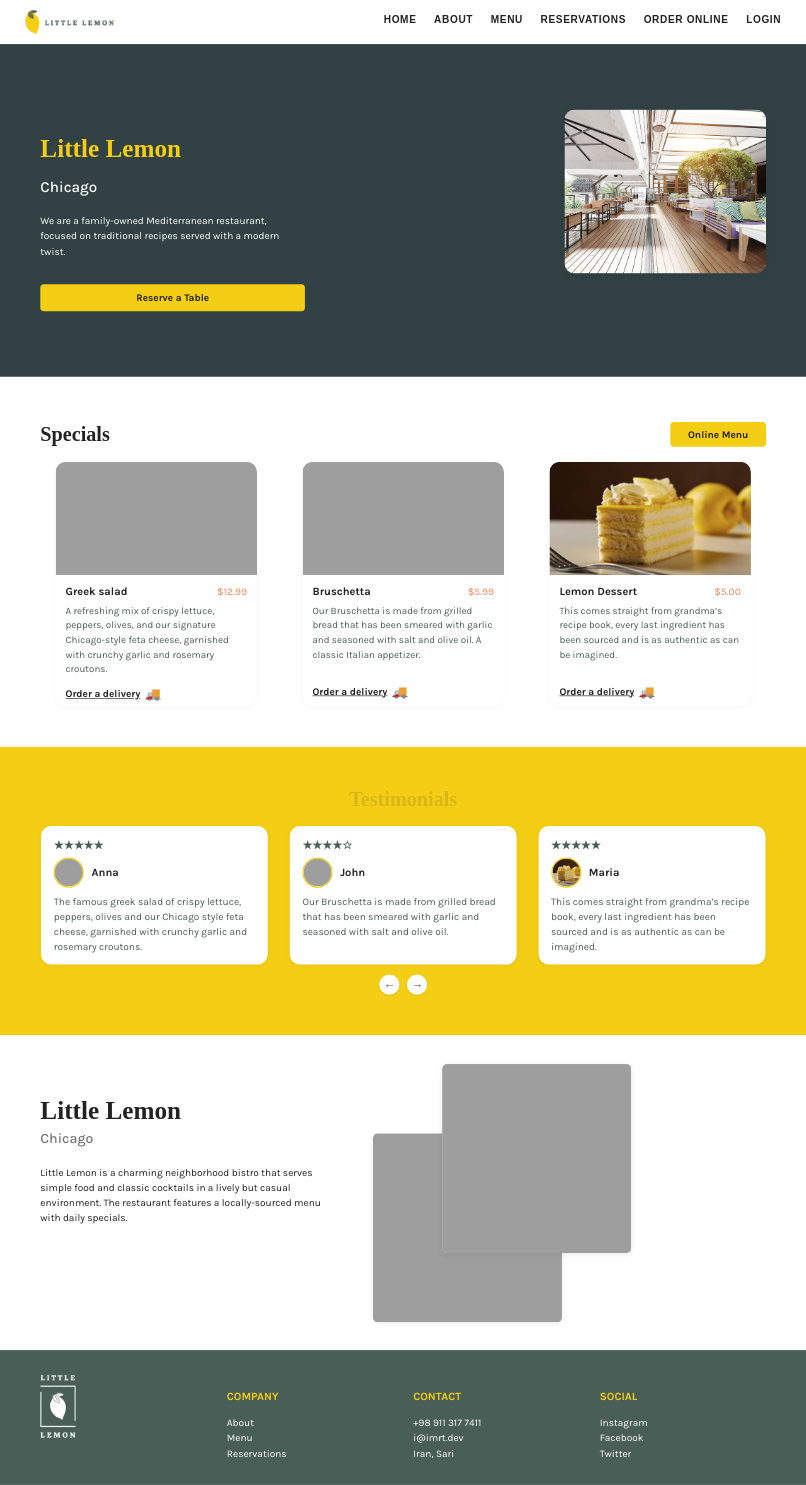
Repository: mrtseven/capstone-little-lemon-mrt
Page: /
These files come from the project's save history. The page is drawn as it stood at one moment and after a run of saves; the edit follows.
The browser window is 1280 px wide. The pictures show the whole page, at 63% of full size.
Pictures or frames that could not be fetched are drawn as grey boxes. Some web fonts or font styles are not loaded; a fallback is used. The project was rebuilt for these pictures with package versions that can differ from the ones it lists, and the page was loaded fresh each time. Also part of the build but not shown: src/pages/About.jsx, src/pages/Menu.jsx, src/components/ReservationForm.jsx, src/bookingsAPI.js, src/components/ConfirmedReservation.jsx, src/pages/Reservations.jsx, src/pages/Order.jsx, src/pages/Login.jsx.

Above is the page before, as saved 2025-07-28 20:59:51.

### public/index.html
<!DOCTYPE html>
<html lang="en">
  <head>
    <meta charset="utf-8" />
    <link rel="icon" href="%PUBLIC_URL%/favicon.ico" />
    <meta name="viewport" content="width=device-width, initial-scale=1" />
    <meta name="theme-color" content="#000000" />
    <meta name="description" content="Experience vibrant Mediterranean flavors at Little Lemon, a stylish bar and small plates restaurant in the heart of Dublin. Enjoy fresh produce, handcrafted cocktails, and a premium wine selection in a lively, modern atmosphere—perfect for intimate dinners or special occasions."/>
    <meta name="og:title" content="Little Lemon restaurant"/>
    <meta name="og:description" content="Experience vibrant Mediterranean flavors at Little Lemon, a stylish bar and small plates restaurant in the heart of Dublin. Enjoy fresh produce, handcrafted cocktails, and a premium wine selection in a lively, modern atmosphere—perfect for intimate dinners or special occasions."/>
    <meta name="og:image" content="%PUBLIC_URL%/restaurant.jpg"/>
    <link rel="preconnect" href="https://fonts.googleapis.com">
    <link rel="preconnect" href="https://fonts.gstatic.com" crossorigin>
    <link href="https://fonts.googleapis.com/css2?family=Markazi+Text:wght@400..700&display=swap" rel="stylesheet">
    <link rel="apple-touch-icon" href="%PUBLIC_URL%/logo192.png" />
    <!--
      manifest.json provides metadata used when your web app is installed on a
      user's mobile device or desktop. See https://developers.google.com/web/fundamentals/web-app-manifest/
    -->
    <link rel="manifest" href="%PUBLIC_URL%/manifest.json" />
    <!--
      Notice the use of %PUBLIC_URL% in the tags above.
      It will be replaced with the URL of the `public` folder during the build.
      Only files inside the `public` folder can be referenced from the HTML.

      Unlike "/favicon.ico" or "favicon.ico", "%PUBLIC_URL%/favicon.ico" will
      work correctly both with client-side routing and a non-root public URL.
      Learn how to configure a non-root public URL by running `npm run build`.
    -->
    <title>Little Lemon MRT Restaurant</title>
  </head>
  <body>
    <noscript>You need to enable JavaScript to run this app.</noscript>
    <div id="root"></div>
    <!--
      This HTML file is a template.
      If you open it directly in the browser, you will see an empty page.

      You can add webfonts, meta tags, or analytics to this file.
      The build step will place the bundled scripts into the <body> tag.

      To begin the development, run `npm start` or `yarn start`.
      To create a production bundle, use `npm run build` or `yarn build`.
    -->
  </body>
</html>

### src/App.css
@import url('https://fonts.googleapis.com/css2?family=Karla:wght@400;500;700;800&family=Markazi+Text:wght@400;500;700&display=swap');

/* === Type System & Base Styles === */

body {
  font-family: 'Karla', Arial, sans-serif;
  color: #222;
  background: #fff;
  margin: 0;
  padding: 0;
}

/* Display Title - Medium 64pt */
h1 {
  font-family: 'Markazi Text', serif;
  font-size: 64px;
  font-weight: 500;
  margin-bottom: 0.25em;
  line-height: 1.1;
}

/* Sub title - keep close to display */
h2 {
  font-family: 'Markazi Text', serif;
  font-size: 40px;
  font-weight: 400;
  margin-bottom: 0.25em;
  line-height: 1.2;
}

/* Regular 40pt (for h3) */
h3 {
  font-family: 'Markazi Text', serif;
  font-size: 40px;
  font-weight: 400;
  margin-bottom: 0.25em;
  line-height: 1.2;
}

/* Section Title! Uppercase 20pt Extra Bold */
h4 {
  font-family: 'Markazi Text', serif;
  font-size: 20px;
  font-weight: 800;
  text-transform: uppercase;
  margin-bottom: 0.5em;
  line-height: 1.2;
}

/* Card Title 18pt Bold */
h5 {
  font-family: 'Karla', Arial, sans-serif;
  font-size: 18px;
  font-weight: 700;
  margin-bottom: 0.5em;
  line-height: 1.2;
}

/* Category/Section 16pt Extra Bold */
h6 {
  font-family: 'Karla', Arial, sans-serif;
  font-size: 16px;
  font-weight: 700;
  margin-bottom: 0.5em;
  line-height: 1.2;
}

/* Paragraph text regular 16pt, 1.5 line height */
p {
  font-family: 'Karla', Arial, sans-serif;
  font-size: 16px;
  font-weight: 400;
  line-height: 1.5;
  margin-bottom: 1em;
  color: #222;
  max-width: 65ch;
}

/* Lead text (use .lead for emphasis) */
.lead {
  font-family: 'Karla', Arial, sans-serif;
  font-size: 18px;
  font-weight: 400;
  color: #222;
  margin-bottom: 0.5em;
}

/* Highlight text (e.g. price) */
.highlight {
  font-family: 'Karla', Arial, sans-serif;
  font-size: 16px;
  font-weight: 500;
  color: #495E57;
}

/* Section/Category bold (for span or strong) */
.bold {
  font-family: 'Karla', Arial, sans-serif;
  font-weight: 700;
}
.extra-bold {
  font-family: 'Karla', Arial, sans-serif;
  font-weight: 800;
}
.uppercase {
  text-transform: uppercase;
}

/* Accent colors */
.accent-green {
  color: #495E57;
}
.accent-yellow {
  color: #F4CE14;
}
.bg-accent-green {
  background: #495E57;
}
.bg-accent-yellow {
  background: #F4CE14;
}

/* Rounded corners utility */
.rounded-16 {
  border-radius: 16px;
}

/* Container for the navbar */
.navbar {
  max-width: 1200px;
  margin: 0 auto;
  display: flex;
  align-items: center;
  justify-content: space-between;
  background: #fff;
  padding: 16px 40px;
  font-family: 'Arial', sans-serif;

}

/* Logo and brand */
.navbar-logo {
  display: flex;
  align-items: center;
}

.navbar-logo img {
  height: 38px; /* Adjust as needed */
  margin-right: 8px;
  object-fit: cover;
}

.navbar-brand {
  font-weight: bold;
  color: #CFC12D; /* Lemon yellow, adjust as necessary */
  letter-spacing: 2px;
  font-size: 1.1rem;
  display: none !important;
}

/* Navigation links */
.navbar-menu {
  display: flex;
  align-items: center;
  gap: 28px; /* Space between menu items */
}

.navbar-menu a {
  text-decoration: none;
  color: #222;
  font-weight: bold;
  text-transform: uppercase;
  letter-spacing: 1px;
  font-size: 1rem;
  padding-bottom: 8px;
  transition: color 0.2s;
}

.navbar-menu a:hover {
  color: #CFC12D; /* Highlight on hover */
}

/* Hamburger styles */
.navbar-hamburger {
  display: none;
  flex-direction: column;
  justify-content: center;
  align-items: center;
  width: 36px;
  height: 36px;
  background: none;
  border: none;
  cursor: pointer;
  padding: 0;
  margin-left: 16px;
  z-index: 1002;
}
.hamburger-bar {
  width: 24px;
  height: 3px;
  background: #222;
  margin: 3px 0;
  border-radius: 2px;
  transition: all 0.3s;
}

/* Responsive styles */
@media (max-width: 900px) {
  .navbar {
    padding: 16px 20px 0 20px;
  }
  .navbar-brand {
    display: inline;
    font-size: 1rem;
  }
}

@media (max-width: 768px) {
  .navbar-menu {
    position: absolute;
    top: 64px;
    right: 0;
    left: 0;
    background: #fff;
    flex-direction: column;
    align-items: flex-start;
    gap: 0;
    padding: 24px 32px 24px 32px;
    box-shadow: 0 4px 16px rgba(0,0,0,0.07);
    display: none;
    z-index: 1001;
  }
  .navbar-menu.open {
    display: flex;
  }
  .navbar-menu a {
    width: 100%;
    padding: 16px 0;
    font-size: 1.1rem;
    border-bottom: 1px solid #eee;
  }
  .navbar-hamburger {
    display: flex;
  }
  .navbar {
    position: relative;
  }
}

@media (min-width: 769px) {
  .navbar-menu {
    display: flex !important;
    position: static;
    flex-direction: row;
    background: none;
    box-shadow: none;
    padding: 0;
    gap: 28px;
  }
  .navbar-hamburger {
    display: none;
  }
  .navbar-brand {
    display: inline;
  }
}

/* Hero Section Styles */
.hero-section {
  width: 100vw;
  background: #324244;
  margin: 0;
  padding: 0;
  display: flex;
  justify-content: center;
  align-items: flex-start;
  margin-bottom: 48px;
}
.hero-section .container {
  display: flex;
  flex-direction: row;
  align-items: flex-start;
  gap: 48px;
  padding-top: 40px;
  padding-bottom: 40px;
}
.hero-content {
  flex: 1 1 0;
  max-width: 420px;
  padding: 0;
  display: flex;
  flex-direction: column;
  justify-content: center;
}
.hero-title {
  font-size: 40px;
  font-family: 'Markazi Text', serif;
  font-weight: 700;
  color: #F4CE14;
  margin-bottom: 0.1em;
}
.hero-location {
  font-size: 24px;
  font-family: 'Karla', Arial, sans-serif;
  font-weight: 500;
  color: #fff;
  margin-bottom: 0.5em;
}
.hero-description {
  color: #fff;
  font-size: 16px;
  margin-bottom: 2em;
}
.hero-cta {
  font-family: 'Karla', Arial, sans-serif;
  font-size: 1rem;
  font-weight: 700;
  color: #222;
  background: #F4CE14;
  border: none;
  border-radius: 6px;
  padding: 12px 32px;
  cursor: pointer;
  margin-top: 8px;
  transition: background 0.2s;
}
.hero-cta:hover {
  background: #ffe066;
}
.hero-image-wrapper {
  flex: 1 1 0;
  display: flex;
  align-items: flex-start;
  justify-content: flex-end;
  padding: 0;
}
.hero-image {
  width: 320px;
  height: 260px;
  object-fit: cover;
  border-radius: 16px;
  box-shadow: 0 2px 16px rgba(0,0,0,0.10);
}
@media (max-width: 900px) {
  .hero-section .container {
    flex-direction: column;
    gap: 24px;
    align-items: center;
    padding: 24px 0;
  }
  .hero-image {
    width: 100%;
    max-width: 320px;
    height: auto;
  }
}

/* Dish Card Styles */
.dish-card {
  background: #fff;
  border-radius: 16px;
  box-shadow: 0 2px 8px rgba(0,0,0,0.04);
  overflow: hidden;
  width: 320px;
  display: flex;
  flex-direction: column;
  margin: 0 auto;
}
.dish-card-img {
  width: 100%;
  height: 180px;
  object-fit: cover;
  border-top-left-radius: 16px;
  border-top-right-radius: 16px;
  border-bottom-left-radius: 0;
  border-bottom-right-radius: 0;
}
.dish-card-body {
  padding: 16px 16px 12px 16px;
  display: flex;
  flex-direction: column;
  flex: 1 1 0;
  min-height: 180px;
}
.dish-card-header {
  display: flex;
  justify-content: space-between;
  align-items: flex-start;
  margin-bottom: 8px;
}
.dish-card-title {
  font-size: 1.1rem;
  font-family: 'Karla', Arial, sans-serif;
  font-weight: 700;
  margin: 0;
  color: #222;
}
.dish-card-price {
  font-size: 1rem;
  font-family: 'Karla', Arial, sans-serif;
  font-weight: 500;
  color: #EE9972;
  margin-left: 8px;
}
.dish-card-desc {
  font-size: 0.97rem;
  color: #495E57;
  margin: 0 0 16px 0;
  font-family: 'Karla', Arial, sans-serif;
}
.dish-card-cta {
  display: flex;
  align-items: center;
  font-weight: 700;
  font-size: 1rem;
  color: #222;
  cursor: pointer;
  gap: 6px;
  margin-top: auto;
}
.dish-card-cta-icon {
  font-size: 1.2em;
  margin-left: 2px;
}

/* Specials Section Styles */
.specials-section {
  margin: 0;
  padding: 0 0 32px 0;
}
.specials-header-row {
  display: flex;
  align-items: center;
  justify-content: space-between;
  margin-bottom: 24px;
  padding-top: 8px;
}
.specials-title {
  font-size: 2rem;
  font-family: 'Markazi Text', serif;
  font-weight: 700;
  margin: 0;
  color: #222;
}
.specials-menu-btn {
  font-family: 'Karla', Arial, sans-serif;
  font-size: 1rem;
  font-weight: 700;
  color: #222;
  background: #F4CE14;
  border: none;
  border-radius: 6px;
  padding: 10px 28px;
  cursor: pointer;
  transition: background 0.2s;
}
.specials-menu-btn:hover {
  background: #ffe066;
}
.specials-cards-row {
  display: flex;
  gap: 24px;
  justify-content: flex-start;
  align-items: stretch;
  flex-wrap: wrap;
}
@media (max-width: 900px) {
  .specials-cards-row {
    flex-direction: column;
    gap: 20px;
    align-items: center;
  }
  .specials-header-row {
    flex-direction: column;
    align-items: flex-start;
    gap: 12px;
  }
}

/* Grid Container */
.container {
  max-width: 1200px;
  margin: 0 auto;
  padding-left: 24px;
  padding-right: 24px;
  width: 100%;
  box-sizing: border-box;
}

@media (max-width: 1240px) {
  .container {
    max-width: 100vw;
  }
}

@media (max-width: 600px) {
  .container {
    padding-left: 8px;
    padding-right: 8px;
  }
}

/* Testimonial Card Styles */
.testimonial-card {
  background: #fff;
  border-radius: 16px;
  box-shadow: 0 2px 8px rgba(0,0,0,0.06);
  padding: 20px 20px 16px 20px;
  width: 320px;
  min-height: 180px;
  display: flex;
  flex-direction: column;
  align-items: flex-start;
  margin: 0 auto;
}
.testimonial-rating {
  font-size: 1.1rem;
  font-weight: 700;
  color: #495E57;
  margin-bottom: 10px;
}
.testimonial-row {
  display: flex;
  align-items: center;
  gap: 12px;
  margin-bottom: 10px;
}
.testimonial-img {
  width: 44px;
  height: 44px;
  object-fit: cover;
  border-radius: 50%;
  border: 2px solid #F4CE14;
}
.testimonial-name {
  font-size: 1.1rem;
  font-weight: 700;
  color: #222;
}
.testimonial-text {
  font-size: 1rem;
  color: #495E57;
  margin: 0;
  font-family: 'Karla', Arial, sans-serif;
}

/* Testimonials Section (Carousel) */
.testimonials-section {
  background: #F4CE14;
  padding: 48px 0;
  width: 100vw;
  margin: 0;
}
.testimonials-section .container {
  display: flex;
  flex-direction: column;
  align-items: center;
}
.testimonials-carousel {
  display: flex;
  gap: 32px;
  justify-content: center;
  align-items: stretch;
  margin-top: 24px;
  width: 100%;
}
.testimonials-carousel-controls {
  display: flex;
  gap: 12px;
  margin-top: 16px;
  justify-content: center;
}
.testimonials-carousel-btn {
  background: #fff;
  border: none;
  border-radius: 50%;
  width: 32px;
  height: 32px;
  font-size: 1.2rem;
  color: #495E57;
  cursor: pointer;
  box-shadow: 0 1px 4px rgba(0,0,0,0.08);
  transition: background 0.2s;
}
.testimonials-carousel-btn:hover {
  background: #ffe066;
}
@media (max-width: 1100px) {
  .testimonials-carousel {
    flex-direction: column;
    gap: 24px;
    align-items: center;
  }
  .testimonial-card {
    width: 90vw;
    max-width: 340px;
  }
}

.about-section {
  padding: 64px 0 64px 0;
  background: #fff;
}
.about-container {
  display: flex;
  flex-direction: row;
  align-items: flex-start;
  justify-content: space-between;
  gap: 48px;
}
.about-text {
  flex: 1 1 0;
  max-width: 480px;
}
.about-title {
  font-family: 'Markazi Text', serif;
  font-size: 2.5rem;
  font-weight: 700;
  margin: 0 0 0.2em 0;
  color: #222;
}
.about-subtitle {
  font-family: 'Karla', Arial, sans-serif;
  font-size: 1.4rem;
  font-weight: 500;
  color: #757575;
  margin: 0 0 1.2em 0;
}
.about-text p {
  font-size: 1rem;
  color: #222;
  margin-bottom: 1em;
}
.about-images {
  flex: 1 1 0;
  position: relative;
  min-width: 320px;
  min-height: 320px;
  display: flex;
  align-items: center;
  justify-content: center;
}
.about-img {
  width: 220px;
  height: 220px;
  object-fit: cover;
  border-radius: 8px;
  box-shadow: 0 2px 12px rgba(0,0,0,0.08);
  position: absolute;
  background: #e0e0e0;
}
.about-img-bottom {
  left: 0;
  top: 40px;
  z-index: 1;
}
.about-img-top {
  left: 80px;
  top: -40px;
  z-index: 2;
}
@media (max-width: 900px) {
  .about-container {
    flex-direction: column;
    gap: 32px;
    align-items: center;
  }
  .about-images {
    min-width: 220px;
    min-height: 220px;
    height: 260px;
  }
  .about-img {
    width: 180px;
    height: 180px;
  }
  .about-img-top {
    left: 60px;
    top: -20px;
  }
  .about-img-bottom {
    left: 0;
    top: 40px;
  }
}

@media (min-width: 901px) {
  .about-img {
    width: 300px;
    height: 300px;
  }
  .about-images {
    min-width: 340px;
    min-height: 340px;
    height: 340px;
  }
  .about-img-top {
    left: 110px;
    top: -50px;
  }
  .about-img-bottom {
    left: 0;
    top: 60px;
  }
}

.footer-section {
  background: #495E57;
  color: #fff;
  padding: 48px 0 32px 0;
}
.footer-container {
  display: grid;
  grid-template-columns: 1fr 1fr 1fr 1fr;
  gap: 32px;
  align-items: flex-start;
}
.footer-col {
  display: flex;
  flex-direction: column;
  gap: 12px;
}
.footer-logo-col {
  align-items: flex-start;
}
.footer-logo {
  width: 56px;
  height: auto;
  margin-bottom: 8px;
}
.footer-heading {
  font-size: 1.1rem;
  font-family: 'Karla', Arial, sans-serif;
  font-weight: 700;
  margin-bottom: 8px;
  color: #F4CE14;
}
.footer-links {
  list-style: none;
  padding: 0;
  margin: 0;
  display: flex;
  flex-direction: column;
  gap: 6px;
}
.footer-links a {
  color: #fff;
  text-decoration: none;
  font-size: 1rem;
  transition: color 0.2s;
}
.footer-links a:hover {
  color: #F4CE14;
}
@media (max-width: 900px) {
  .footer-container {
    grid-template-columns: 1fr 1fr;
    gap: 24px;
  }
}
@media (max-width: 600px) {
  .footer-container {
    grid-template-columns: 1fr;
    gap: 20px;
  }
  .footer-section {
    padding: 32px 0 20px 0;
  }
}

/* Consistent Section Padding and White Space */
.hero-section,
.specials-section,
.testimonials-section,
.about-section {
  padding-top: 64px !important;
  padding-bottom: 64px !important;
  margin-top: 0 !important;
  margin-bottom: 0 !important;
}

@media (max-width: 900px) {
  .hero-section,
  .specials-section,
  .testimonials-section,
  .about-section {
    padding-top: 32px !important;
    padding-bottom: 32px !important;
  }
}

/* Remove extra margin from first and last child in each section */
.hero-section > .container > :first-child,
.specials-section > .container > :first-child,
.testimonials-section > .container > :first-child,
.about-section > .container > :first-child {
  margin-top: 0 !important;
}
.hero-section > .container > :last-child,
.specials-section > .container > :last-child,
.testimonials-section > .container > :last-child,
.about-section > .container > :last-child {
  margin-bottom: 0 !important;
}

.footer-section {
  padding-top: 40px;
  padding-bottom: 40px;
}
@media (max-width: 600px) {
  .footer-section {
    padding-top: 24px;
    padding-bottom: 24px;
  }
}

/* Remove section-specific padding/margin overrides */
.about-section,
.specials-section,
.testimonials-section,
.hero-section {
  background-clip: padding-box;
}

.hero-section {
  padding-top: 32px !important;
  padding-bottom: 32px !important;
}
.about-section {
  padding-top: 96px !important;
  padding-bottom: 64px !important;
}

@media (max-width: 900px) {
  .hero-section {
    padding-top: 20px !important;
    padding-bottom: 20px !important;
  }
  .about-section {
    padding-top: 48px !important;
    padding-bottom: 32px !important;
  }
}


/* Form Styles */
.reservation-form {
  max-width: 320px;
  margin: 3rem auto;
  padding: 32px 24px;
  background: #fff;
  border-radius: 14px;
  box-shadow: 0 4px 32px rgba(63, 63, 63, 0.07);
  font-family: 'Segoe UI', Arial, sans-serif;
}

/* make form use flex column with spacing between groups */
.reservation-form .input-group {
  display: flex;
  flex-direction: column;
  gap: 6px;
  margin-bottom: 18px;
}

.form-label {
  font-weight: 500;
  color: #36454f;
}

.form-input {
  padding: 9px 12px;
  border: 1px solid #bfc7d6;
  border-radius: 5px;
  font-size: 1rem;
  background: #fafbfc;
  transition: border-color 0.2s;
}

.form-input:focus {
  border-color: #ffc300;
  outline: none;
  background: #fffde7;
}

.form-submit {
  background-color: #F4CE14;
  color: #333;
  padding: 10px 20px;
  border: none;
  border-radius: 8px;
  font-size: 1rem;
  font-weight: bold;
  cursor: pointer;
  transition: background-color 0.3s;
}

.form-submit:hover,
.form-submit:focus {
  background: #ffee99;
  color: #000;
}

.form-submit:disabled {
    background-color: #ccc;
    cursor: not-allowed;
}

.form-actions {
  display: flex;
  flex-direction: column;
  gap: 1rem;
  margin-top: 1rem;
}

.form-cancel {
  background-color: transparent;
  color: #888;
  padding: 10px 20px;
  border: 1px solid #ccc;
  border-radius: 8px;
  font-size: 1rem;
  font-weight: bold;
  cursor: pointer;
  transition: background-color 0.3s, color 0.3s;
}

.form-cancel:hover {
  background-color: #f0f0f0;
  color: #333;
}

.error-message {
    color: red;
    font-size: 0.8em;
}

.input-error {
    border: 1px solid red;
}

/* Booking Confirmation Styles */
.booking-confirmation {
  max-width: 500px;
  margin: 3rem auto;
  padding: 32px 24px;
  background: #f9f9f9;
  border: 1px solid #495E57;
  border-radius: 14px;
  text-align: center;
  box-shadow: 0 4px 32px rgba(0, 0, 0, 0.08);
}

.booking-confirmation h2 {
  font-family: 'Markazi Text', serif;
  font-size: 2.5rem;
  color: #495E57; /* Little Lemon Green */
  margin-bottom: 0.5em;
}

.booking-confirmation p {
  font-family: 'Karla', Arial, sans-serif;
  font-size: 1.1rem;
  color: #333;
  line-height: 1.6;
}

### src/components/Hero.jsx
import React from 'react';
import PropTypes from 'prop-types';

export default function Hero({ title, location, description, cta, image }) {
  return (
    <section className="hero-section">
      <div className="hero-content">
        <h1 className="hero-title accent-yellow">{title}</h1>
        {location && <h2 className="hero-location">{location}</h2>}
        {description && <p className="hero-description">{description}</p>}
        <button className="hero-cta bg-accent-yellow">{cta}</button>
      </div>
      {image && (
        <div className="hero-image-wrapper">
          <img src={image} alt="Hero visual" className="hero-image rounded-16" />
        </div>
      )}
    </section>
  );
}

Hero.propTypes = {
  title: PropTypes.string.isRequired,
  cta: PropTypes.string.isRequired,
  location: PropTypes.string,
  description: PropTypes.string,
  image: PropTypes.string,
};

### src/components/Testimonial.jsx
import React from 'react';
import PropTypes from 'prop-types';

export default function Testimonial({ rating, image, name, text }) {
  return (
    <div className="testimonial-card rounded-16">
      <div className="testimonial-rating">{rating}</div>
      <div className="testimonial-row">
        <img src={image} alt={name} className="testimonial-img" />
        <span className="testimonial-name">{name}</span>
      </div>
      <p className="testimonial-text">{text}</p>
    </div>
  );
}

Testimonial.propTypes = {
  rating: PropTypes.oneOfType([PropTypes.string, PropTypes.number]).isRequired,
  image: PropTypes.string.isRequired,
  name: PropTypes.string.isRequired,
  text: PropTypes.string.isRequired,
};

Loaded but not shown: src/index.js (common file); src/index.css (common file); src/reportWebVitals.js (common file); src/App.js (29 lines, source omitted); src/sections/Main.jsx (130 lines, source omitted); src/sections/Nav.jsx (42 lines, source omitted); src/sections/Footer.jsx (44 lines, source omitted); src/components/DishCard.jsx (29 lines, source omitted)

After the next 2 saves:
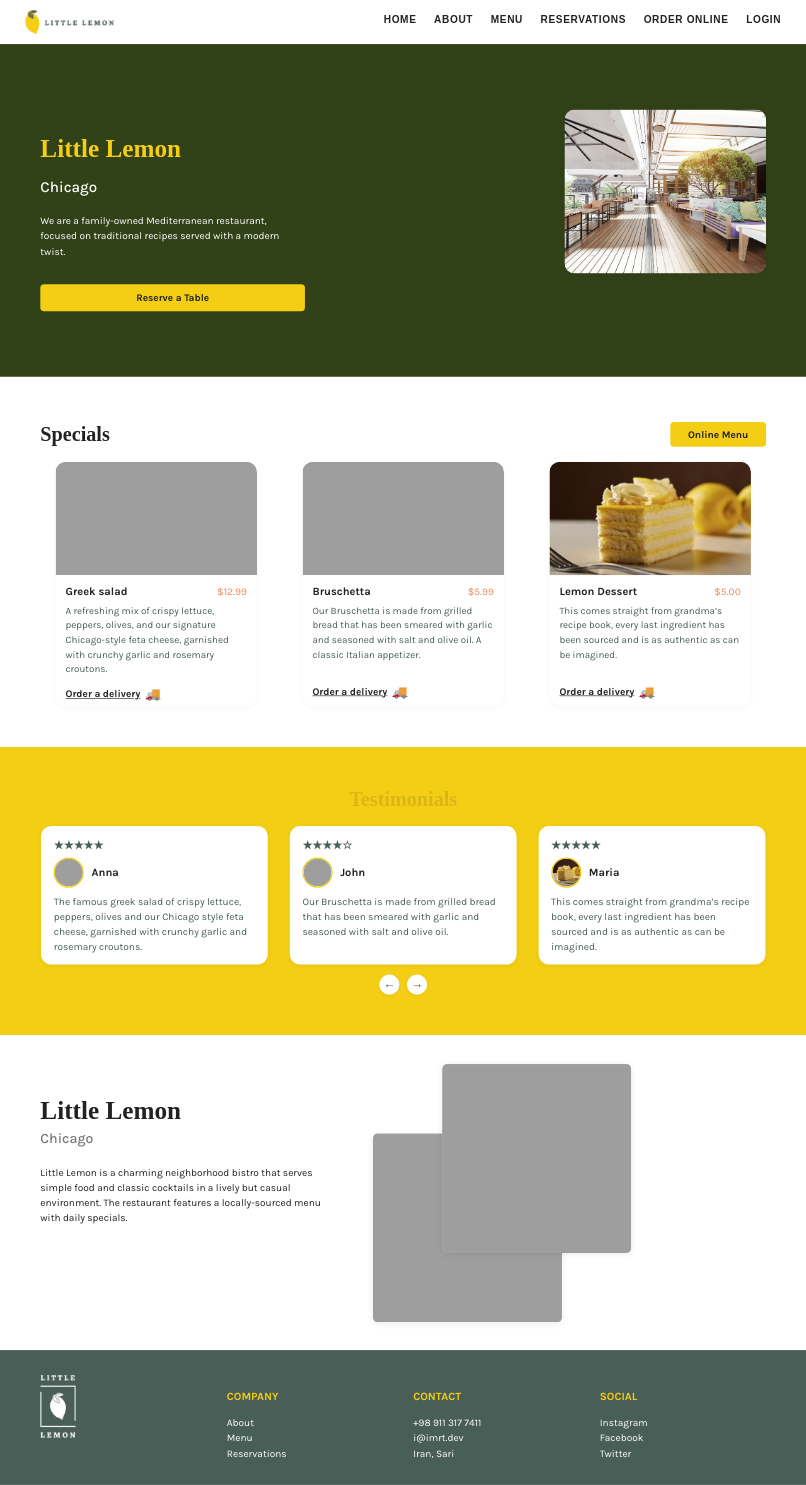
The 2 saves are shown as one change because they came seconds apart.
The last was saved 12 s later.
--- a/src/App.css
+++ b/src/App.css
@@ -268,7 +268,7 @@ p {
 /* Hero Section Styles */
 .hero-section {
   width: 100vw;
-  background: #324244;
+  background: #324218;
   margin: 0;
   padding: 0;
   display: flex;
